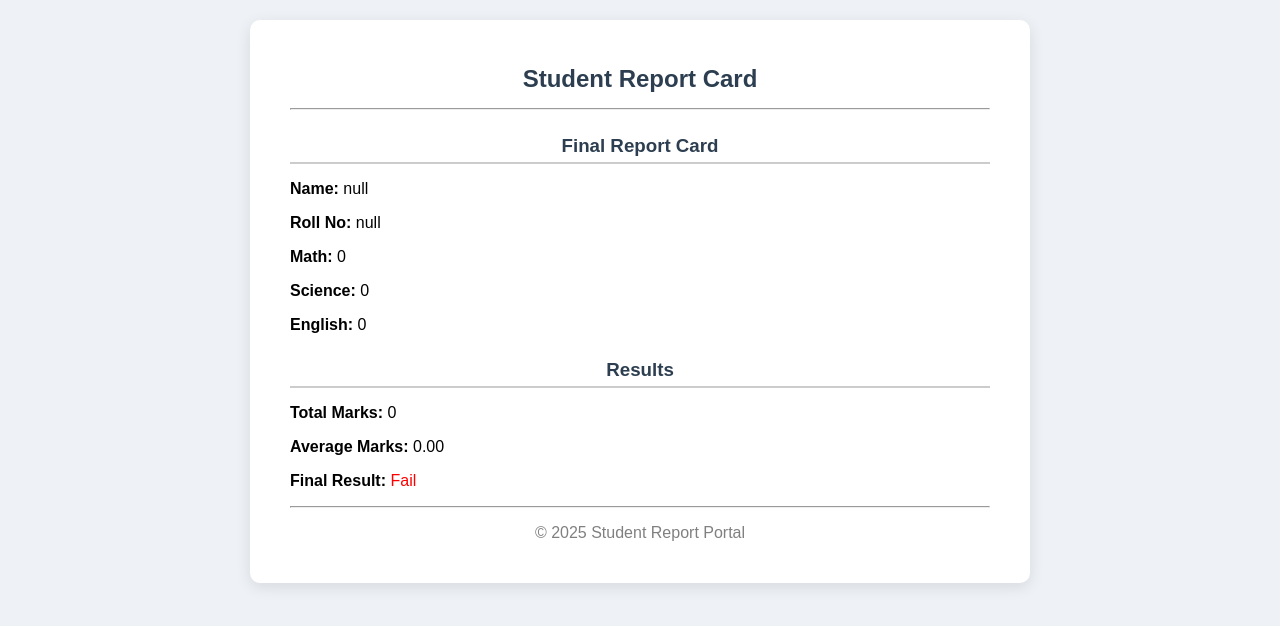
Repository: ashwinii19/Core-Java-Learning
Page: http://localhost/24-JSP/profile.jsp
These files come from the project's save history. The page is drawn as it stood at one moment and after the next save; the edit follows.
The browser window is 1280 px wide. The pictures show the whole page.
The page is served by Tomcat 9.

Above is the page before, as saved 2025-08-20 03:33:17.

After the next save:
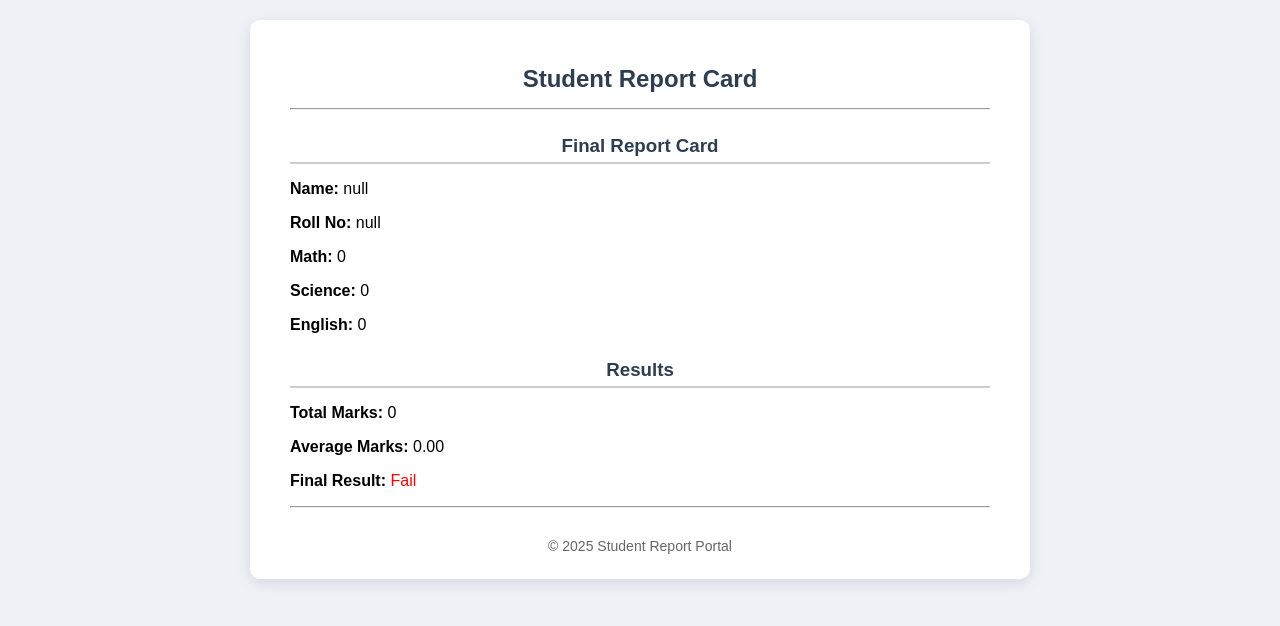
Saved 51 s later.
--- a/24-JSP/src/main/webapp/footer.jsp
+++ b/24-JSP/src/main/webapp/footer.jsp
@@ -1,5 +1,5 @@
 <%@ page language="java" contentType="text/html; charset=ISO-8859-1"
-    pageEncoding="ISO-8859-1"%>
+	pageEncoding="ISO-8859-1"%>
 <!DOCTYPE html>
 <html>
 <head>
@@ -7,7 +7,8 @@
 <title>Footer</title>
 </head>
 <body>
-<hr/>
-<p style="color:gray; text-align:center;">&copy; 2025 Student Report Portal</p>
+	<hr />
+	<footer>&copy; 2025 Student Report Portal</footer>
+	</div>
 </body>
 </html>
